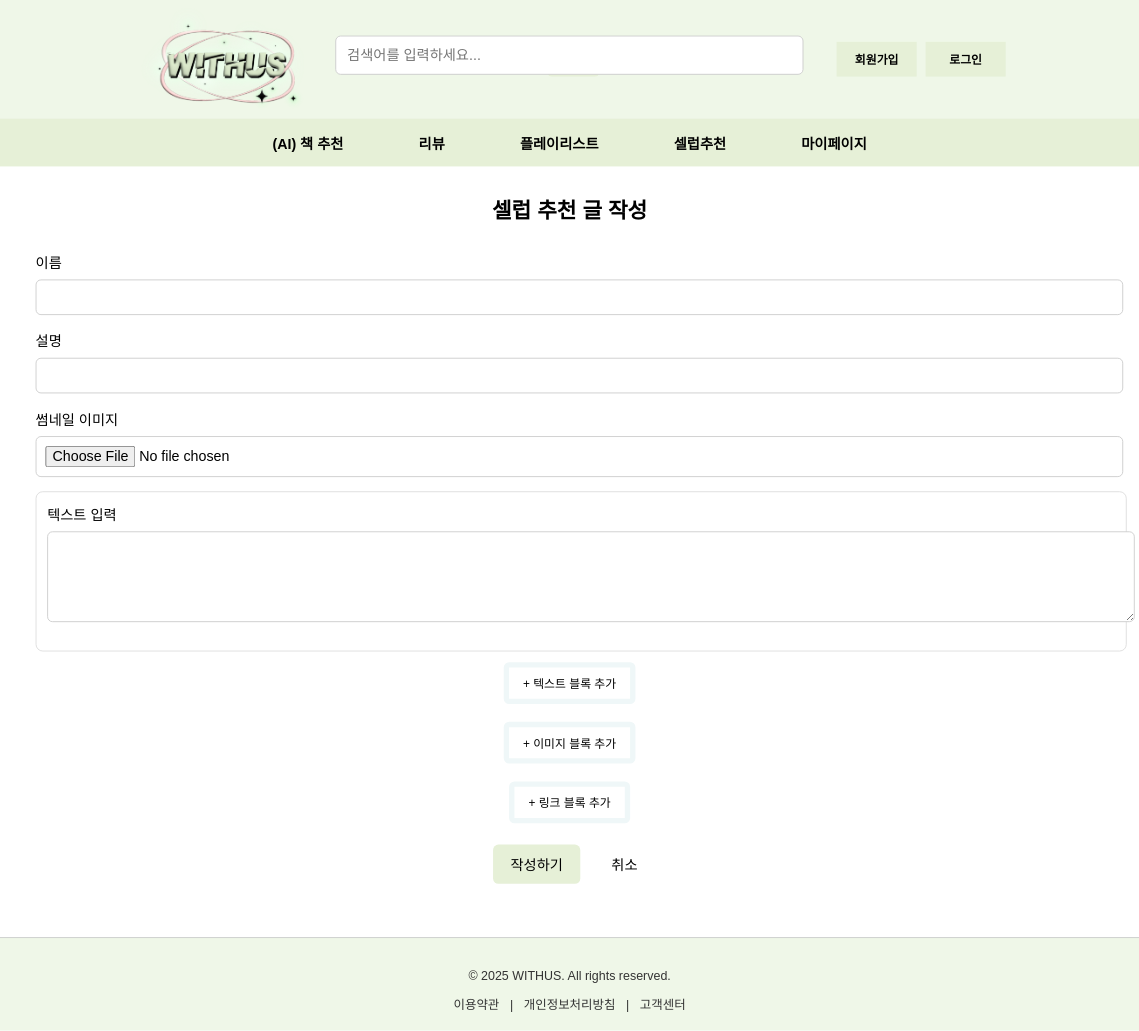
Repository: book-recommendation-team/book_recommendation_web_project
Page: http://localhost/2025_teamproject/celebForm.jsp
The author's editor kept a copy of each file at every save. The page is drawn from the files as they stood at one save, then again after the next save.
The browser window is 1280 px wide. The pictures show the whole page, at 89% of full size.
The page is served by Tomcat 9.

Above is the page before, as saved 2025-07-03 04:04:40.

After the next save:
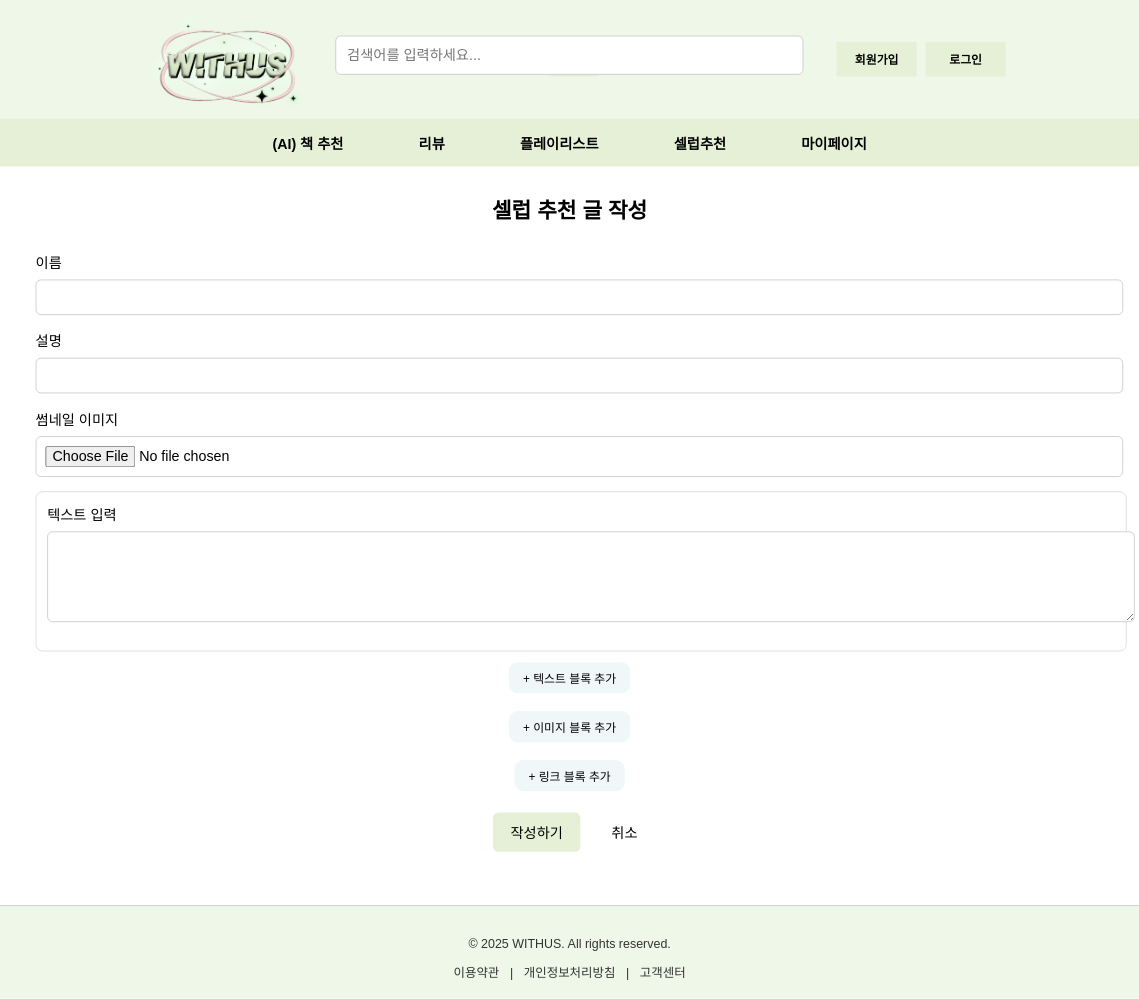
Saved 96 s later.
--- a/2025_teamproject/src/main/webapp/celebForm.jsp
+++ b/2025_teamproject/src/main/webapp/celebForm.jsp
@@ -78,10 +78,10 @@ input[type="text"], input[type="file"], textarea {
 	display: block;
 	margin: 0 auto 20px;
 	padding: 8px 16px;
-	border-radius: 6px;
-	background-color: #fff;
+	border-radius: 10px;
+	background-color: #eff7f8;
 	color: black;
-	border: 6px solid #eff7f8;
+	border: none;
 	cursor: pointer;
 }
 </style>
